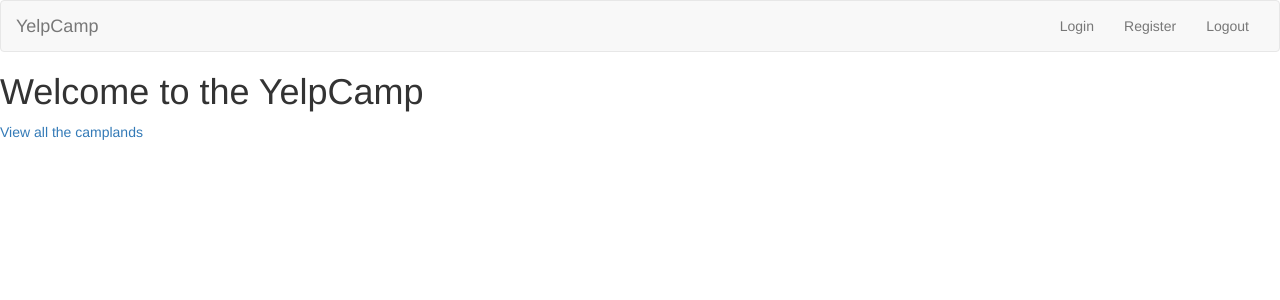
Repository: Shaney17/webdevbootcamp
Page: http://localhost/
The author's editor kept a record of every edit. The page is drawn from the files as they stood at one moment, then again after the next edit.
The browser window is 1280 px wide. The pictures show the whole page.
The page is served by the project's Node server (YelpCamp/v1/app.js).

Above is the page before.

### workspace/YelpCamp/v1/views/home.ejs
<% include partials/header %>

<h1>Welcome to the YelpCamp</h1>
<a href="/camps">View all the camplands</a>

<% include partials/footer %>

### workspace/YelpCamp/v1/views/partials/header.ejs
<!DOCTYPE html>
<html>
    <head>
        <title>Camplands</title>
        <link rel="stylesheet" href="https://maxcdn.bootstrapcdn.com/bootstrap/3.3.6/css/bootstrap.min.css" integrity="sha384-1q8mTJOASx8j1Au+a5WDVnPi2lkFfwwEAa8hDDdjZlpLegxhjVME1fgjWPGmkzs7" crossorigin="anonymous">
    </head>
    <body>

    <div class="navbar navbar-default">
        <div class="container-fluid">
            <div class="navbar-header">
               <a class="navbar-brand" href="/">YelpCamp</a>
            </div>

            <div class="collapse navbar-collapse">
                <ul class="nav navbar-nav navbar-right">
                   <li><a href="/">Login</a></li>
                   <li><a href="/">Register</a></li>
                   <li><a href="/">Logout</a></li>
                </ul>
            </div>
        </div>
        </div>
    </div>

### workspace/YelpCamp/v1/views/partials/footer.ejs

    </body>
</html>

### workspace/YelpCamp/v1/app.js
var express = require("express");
var app = express();
var bodyParser = require("body-parser");

app.use(bodyParser.urlencoded({extended: true}));
app.set("view engine", "ejs");

var campground = [
      {name:"Ciputra", image:"https://farm4.staticflickr.com/3872/14435096036_39db8f04bc.jpg"},
      {name:"Royal City", image:"https://farm9.staticflickr.com/8167/7121865553_e1c6a31f07.jpg"},
      {name:"The Garden", image:"https://farm8.staticflickr.com/7258/7121861565_3f4957acb1.jpg"},
      {name:"Big C", image:"https://farm2.staticflickr.com/1363/1342367857_2fd12531e7.jpg"},
      {name:"Yen So Park", image:"https://farm9.staticflickr.com/8673/15989950903_8185ed97c3.jpg"},
      {name:"Hoa Binh Park", image:"https://farm8.staticflickr.com/7268/7121859753_e7f787dc42.jpg"},
      {name:"Dai Lai Lake", image:"https://farm3.staticflickr.com/2655/3738566424_180036be3f.jpg"}
      ];

app.get("/", function(req, res){
   res.render("home");
});

app.get("/camps", function(req, res){
   res.render("camps", {campground: campground});
});

app.get("/camps/new", function(req, res){
   res.render("new");
});

app.post("/camps", function(req, res){
   var newName = req.body.name;
   var image = req.body.image;
   var newCamp = {name: newName, image: image};
   campground.push(newCamp);
   res.redirect("/camps");
});

app.listen(process.env.PORT, process.env.IP, function(){
   console.log("Server is running...");
});

After the next edit:
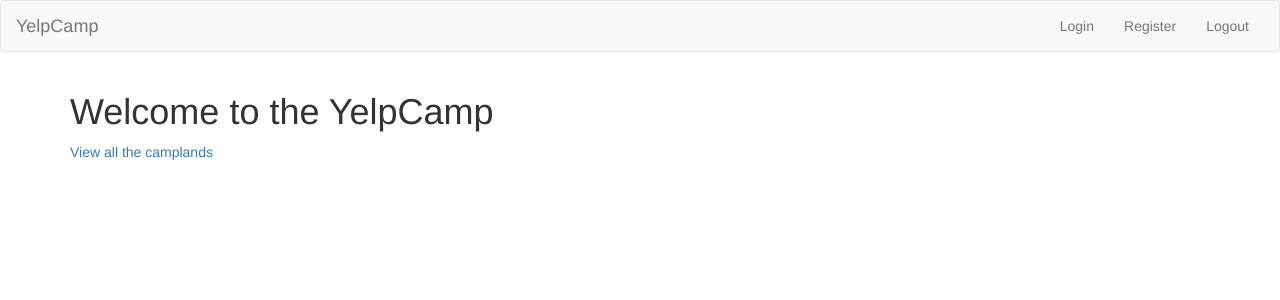
The edit:
--- a/workspace/YelpCamp/v1/views/home.ejs
+++ b/workspace/YelpCamp/v1/views/home.ejs
@@ -1,6 +1,8 @@
 <% include partials/header %>
+<div class="container">
+    <h1>Welcome to the YelpCamp</h1>
+    <a href="/camps">View all the camplands</a>
+</div>
 
-<h1>Welcome to the YelpCamp</h1>
-<a href="/camps">View all the camplands</a>
 
 <% include partials/footer %>
